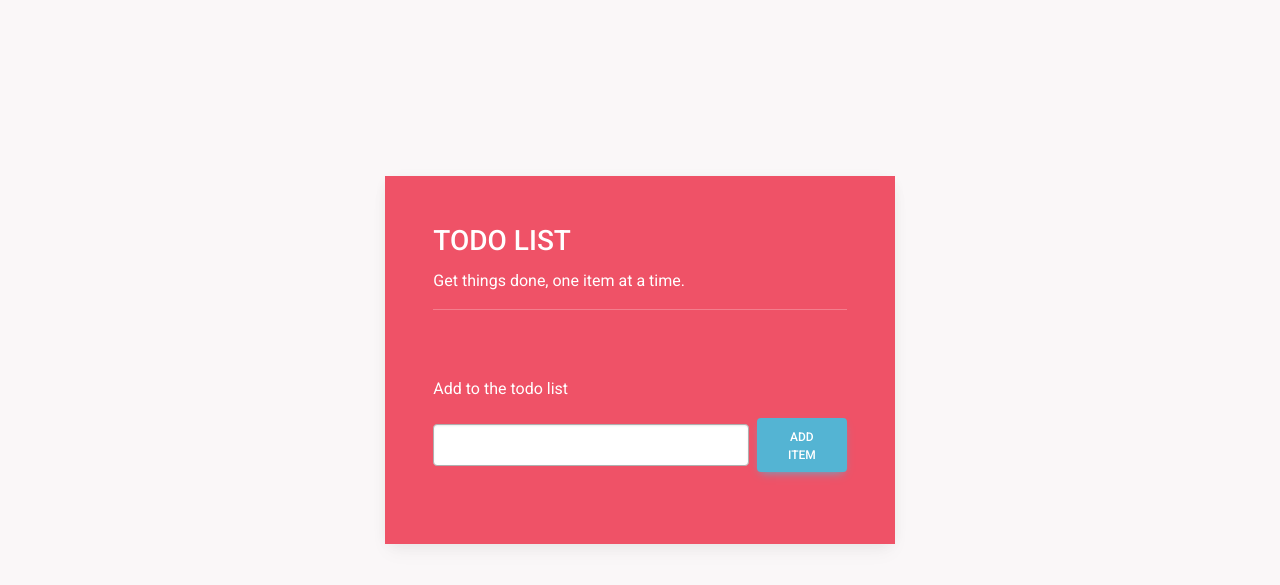
Repository: TinhTT336/MD02_HACKATHON01_HN_JV230620_BS_TranThiTinh_Basic
Page: /
The author's editor kept a copy of each file at every save. The page is drawn from the files as they stood at one save, then again after the next save.
The browser window is 1280 px wide. The pictures show the whole page.
Some web libraries are served in a nearby version. The project was rebuilt for these pictures with package versions that can differ from the ones it lists, and the page was loaded fresh each time. Also part of the build but not shown: vite.config.js, src/App.css.

Above is the page before, as saved 2023-09-05 11:36:33.

After the next save:
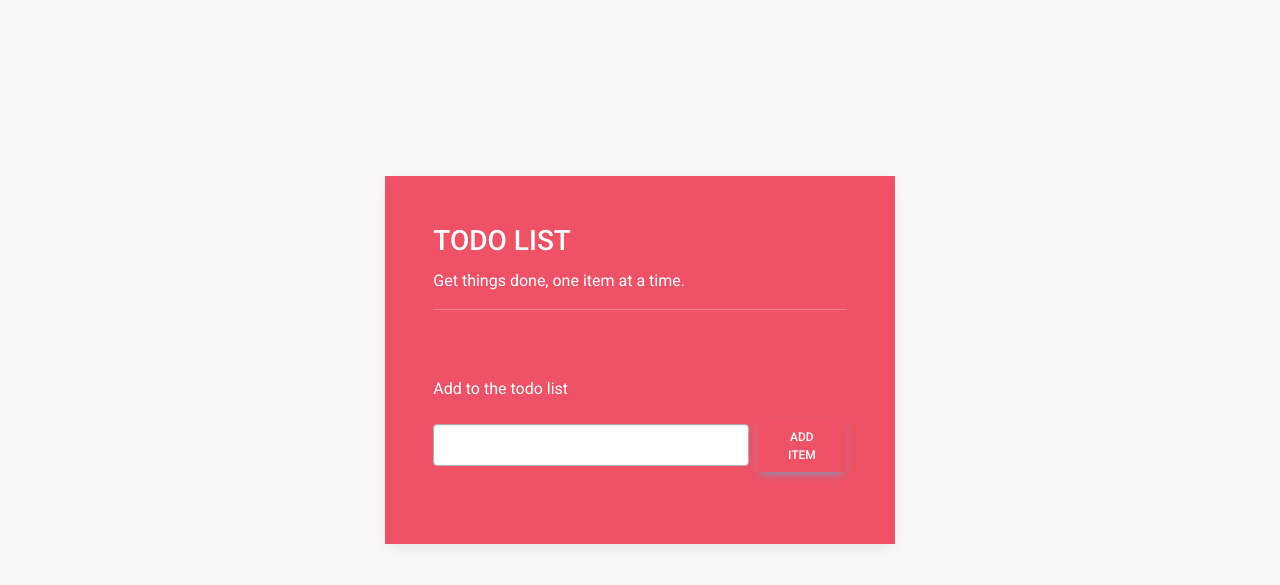
Saved 58 s later.
--- a/src/index.css
+++ b/src/index.css
@@ -90,3 +90,6 @@ body {
 .form-check-input {
   color: #fff !important;
 }
+.btn-info {
+  background-color: #ef5267 !important;
+}
